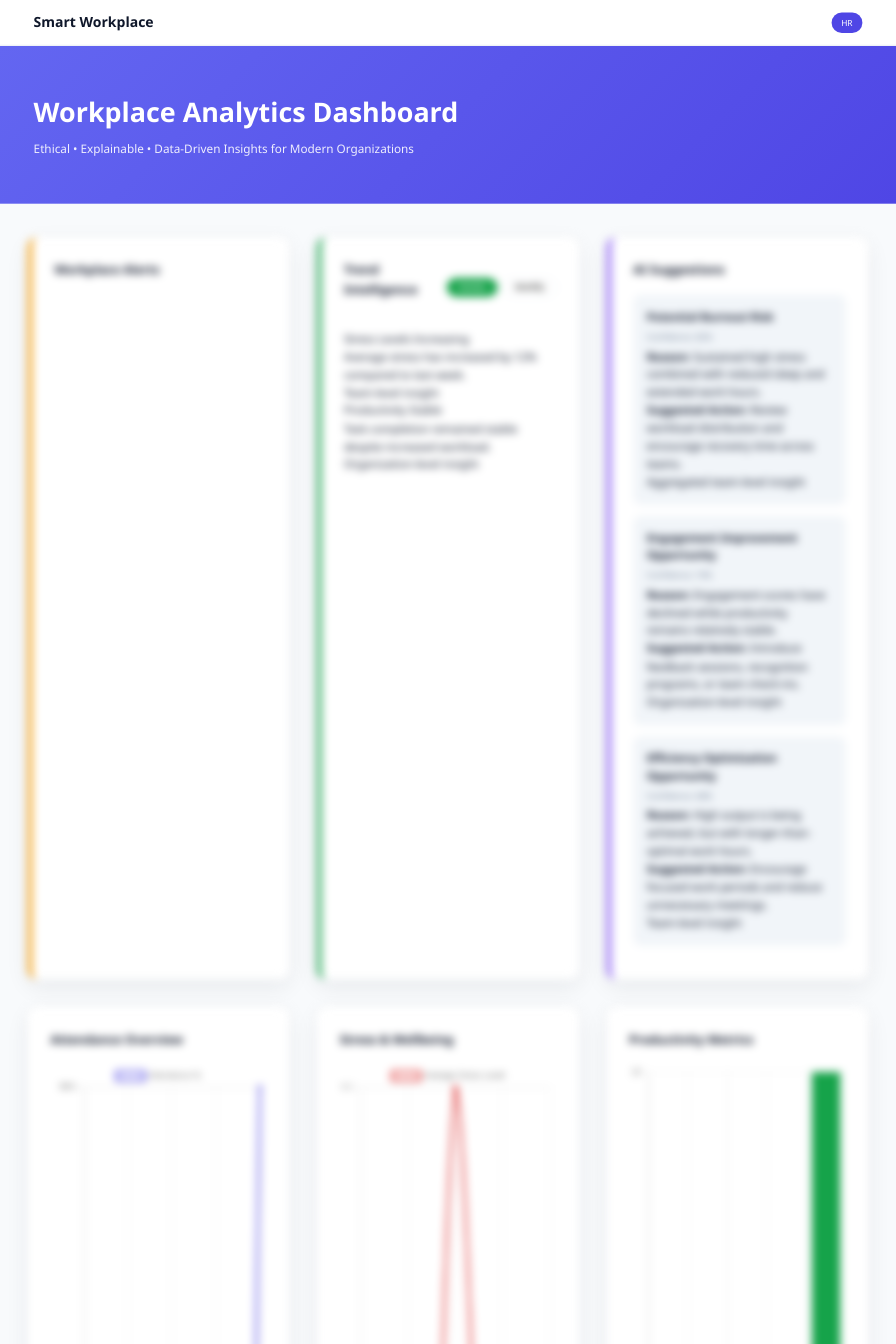
Repository: PratapOP/smart-workplace-analytics
Page: frontend/index.html
An editor plug-in stored every save of this project. The page is shown before and after a run of saves, followed by the edit.
The browser window is 1280 px wide. The pictures show the part of the page from y = 0 to 1920 px (the page is 12915 px tall), at 70% of full size.

Above is the page before, as saved 2025-12-30 10:59:37.
Not found: frontend/js/alerts.js

After the next 2 saves:
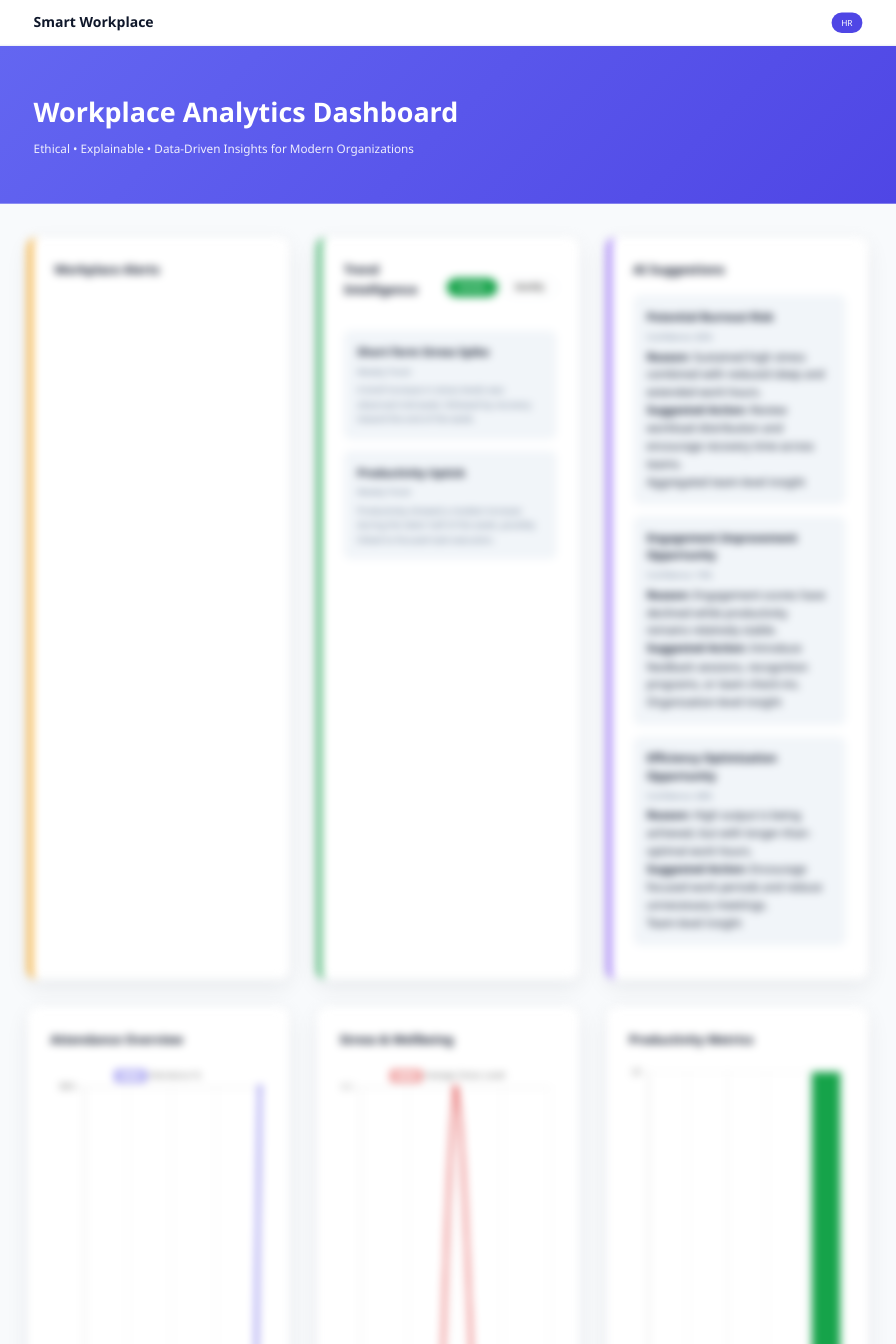
The 2 saves are shown as one change because they came seconds apart.
The last was saved 37 s later.
--- a/frontend/js/trends.js
+++ b/frontend/js/trends.js
@@ -1,62 +1,86 @@
+    /**
+     * Trend Intelligence UI
+     *
+     * Displays high-level trend insights based on
+     * selected time period (weekly / monthly).
+     */
+
     document.addEventListener("DOMContentLoaded", () => {
-    const insightsContainer = document.getElementById("trendInsights");
-    const buttons = document.querySelectorAll(".trend-btn");
+    const trendContainer = document.getElementById("trendInsights");
+    const trendButtons = document.querySelectorAll(".trend-btn");
 
-    if (!insightsContainer) return;
+    if (!trendContainer || !trendButtons.length) return;
 
-    const trendData = {
-        weekly: [
+    // Default load
+    renderTrends("weekly", trendContainer);
+
+    trendButtons.forEach(btn => {
+        btn.addEventListener("click", () => {
+        trendButtons.forEach(b => b.classList.remove("active"));
+        btn.classList.add("active");
+
+        const period = btn.dataset.period;
+        renderTrends(period, trendContainer);
+        });
+    });
+    });
+
+    /**
+     * Render trend insights based on period
+     */
+    function renderTrends(period, container) {
+    const insights = getTrendInsights(period);
+
+    container.innerHTML = "";
+
+    insights.forEach(insight => {
+        const div = document.createElement("div");
+        div.className = "ai-item";
+
+        div.innerHTML = `
+        <div class="ai-title">${insight.title}</div>
+        <div class="ai-confidence">${insight.subtitle}</div>
+        <p class="muted">${insight.description}</p>
+        `;
+
+        container.appendChild(div);
+    });
+    }
+
+    /**
+     * Placeholder trend insights (API-ready)
+     */
+    function getTrendInsights(period) {
+    if (period === "monthly") {
+        return [
         {
-            type: "negative",
-            title: "Stress Levels Increasing",
-            desc: "Average stress has increased by 12% compared to last week.",
-            meta: "Team-level insight"
+            title: "Sustained Workload Increase",
+            subtitle: "Monthly Trend",
+            description:
+            "Average working hours have increased gradually over the past month, suggesting sustained pressure across teams."
         },
         {
-            type: "positive",
-            title: "Productivity Stable",
-            desc: "Task completion remained stable despite increased workload.",
-            meta: "Organization-level insight"
+            title: "Engagement Stabilization",
+            subtitle: "Monthly Trend",
+            description:
+            "After a period of fluctuation, engagement levels have stabilized, indicating improved consistency."
         }
-        ],
-        monthly: [
+        ];
+    }
+
+    // Weekly (default)
+    return [
         {
-            type: "negative",
-            title: "Engagement Decline",
-            desc: "Employee engagement dropped by 18% month-over-month.",
-            meta: "Department-level insight"
+        title: "Short-Term Stress Spike",
+        subtitle: "Weekly Trend",
+        description:
+            "A brief increase in stress levels was observed mid-week, followed by recovery toward the end of the week."
         },
         {
-            type: "positive",
-            title: "Attendance Improvement",
-            desc: "Attendance improved by 6% compared to previous month.",
-            meta: "Organization-level insight"
+        title: "Productivity Uptick",
+        subtitle: "Weekly Trend",
+        description:
+            "Productivity showed a modest increase during the latter half of the week, possibly linked to focused task execution."
         }
-        ]
-    };
-
-    function renderTrends(period) {
-        insightsContainer.innerHTML = "";
-
-        trendData[period].forEach(item => {
-        const div = document.createElement("div");
-        div.className = `trend-item ${item.type}`;
-        div.innerHTML = `
-            <div class="trend-title">${item.title}</div>
-            <div class="trend-desc">${item.desc}</div>
-            <div class="trend-meta">${item.meta}</div>
-        `;
-        insightsContainer.appendChild(div);
-        });
+    ];
     }
-
-    buttons.forEach(btn => {
-        btn.addEventListener("click", () => {
-        buttons.forEach(b => b.classList.remove("active"));
-        btn.classList.add("active");
-        renderTrends(btn.dataset.period);
-        });
-    });
-
-    renderTrends("weekly");
-    });
